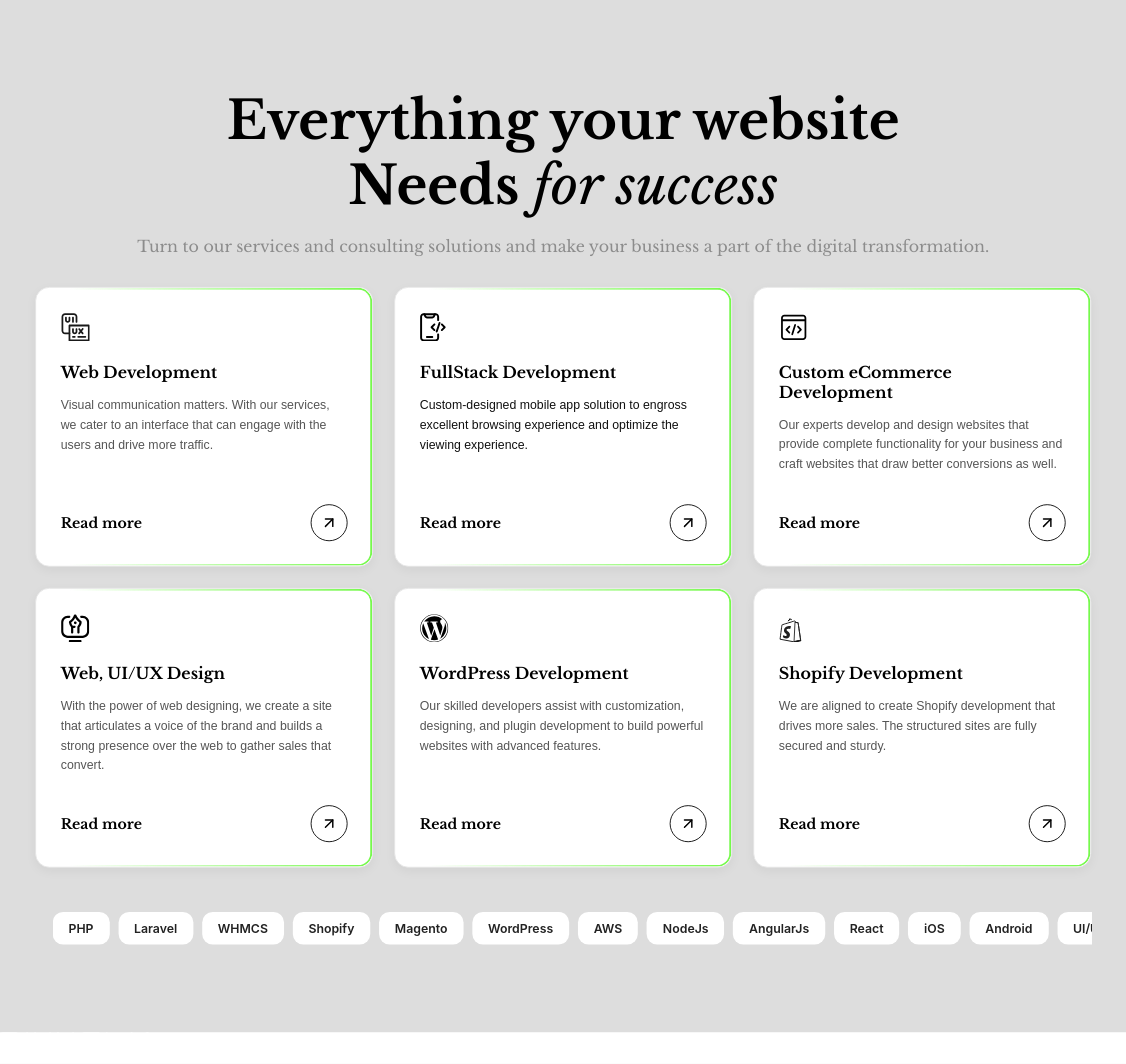
Repository: atulbhartipixxelu/craftoweb-technology
Page: /
These files come from the project's save history. The page is drawn as it stood at one moment and after the next save; the edit follows.
The browser window is 1280 px wide. The pictures show the whole page, at 88% of full size.
Some web fonts or font styles are not loaded; a fallback is used. The project was rebuilt for these pictures with package versions that can differ from the ones it lists, and the page was loaded fresh each time. Also part of the build but not shown: craco.config.js.

Above is the page before, as saved 2025-09-01 11:42:17.

After the next save:
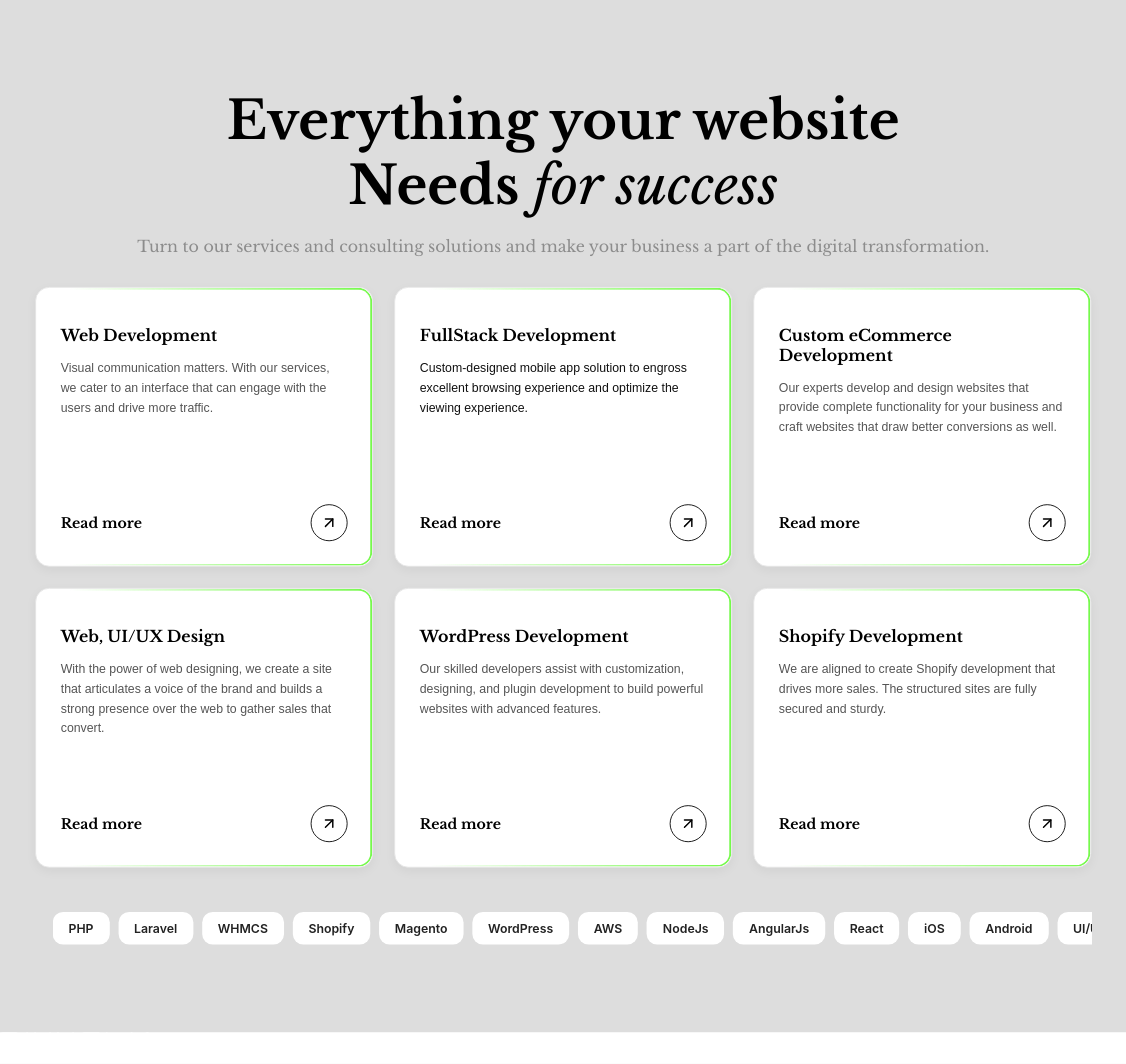
Saved 36 s later.
--- a/src/components/HomePage/ServiceSection/service.jsx
+++ b/src/components/HomePage/ServiceSection/service.jsx
@@ -47,7 +47,7 @@
                                     className={`${Styles.card} ${service.highlight ? Styles.highlight : ""}`}
                                 >
                                     <div className={Styles.icon}>
-                                        <img src={service.img} alt={service.title}  />
+                                        <image src={service.img} alt={service.title}  />
                                     </div>
                                     <h3>{service.title}</h3>
                                     <p>{service.desc}</p>

After the save that followed:
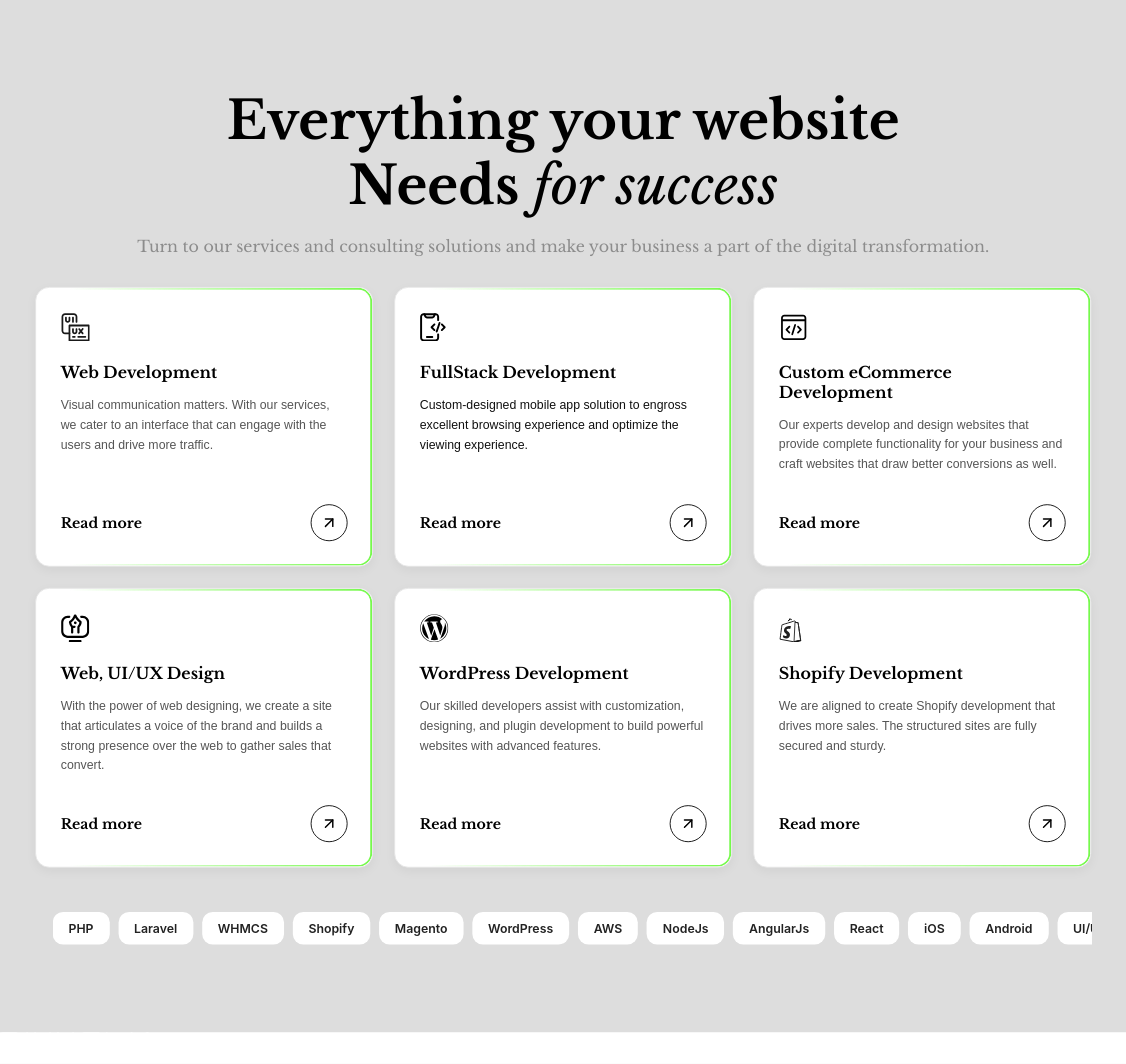
Saved 19 s later.
--- a/src/components/HomePage/ServiceSection/service.jsx
+++ b/src/components/HomePage/ServiceSection/service.jsx
@@ -47,7 +47,7 @@
                                     className={`${Styles.card} ${service.highlight ? Styles.highlight : ""}`}
                                 >
                                     <div className={Styles.icon}>
-                                        <image src={service.img} alt={service.title}  />
+                                        <img src={service.img} alt={service.title}  />
                                     </div>
                                     <h3>{service.title}</h3>
                                     <p>{service.desc}</p>
